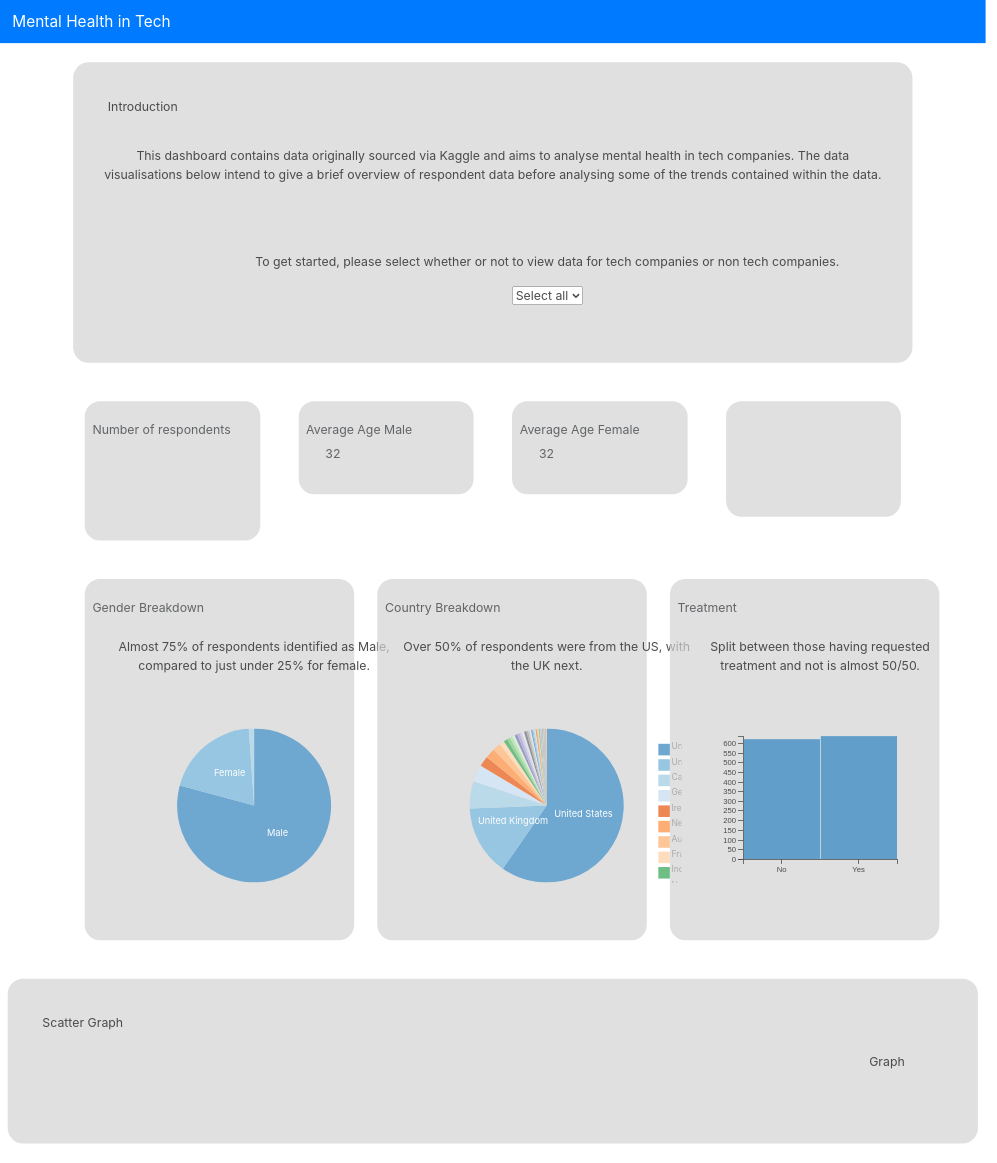
Repository: martingr1/mhdashboard
Page: index.html
The author's editor kept a record of every edit. The page is drawn from the files as they stood at one moment, then again after the next edit.
The browser window is 1280 px wide. The page is 1295 px wide, so the pictures cover 1295 px, including what lies to the right of the window. The pictures show the whole page, at 77% of full size.
Some web libraries are served in a nearby version.

Above is the page before.
Console error: TypeError: Cannot read properties of null (reading 'textContent')

After the next edit:
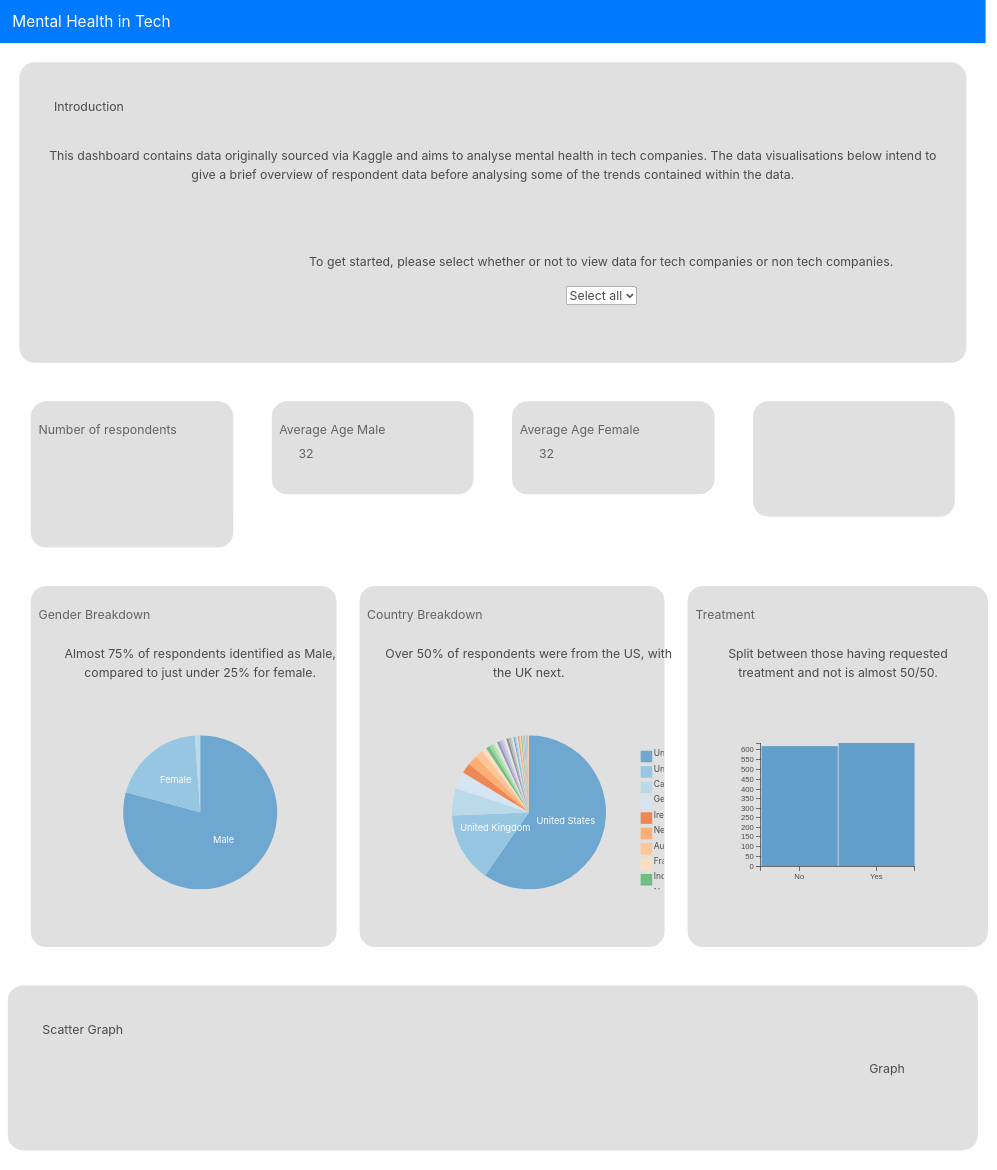
The edit:
--- a/index.html
+++ b/index.html
@@ -27,8 +27,8 @@
         <a class="navbar-brand" href="#">Mental Health in Tech</a>
     </nav>
 
-    <section class="section container">
-        <div class="row">
+    <section class="section container-fluid">
+        <div class="row no-gutters">
             <article class="article col-lg-12">
                 <div class="row text-center">
                     <div class="row content-box">
